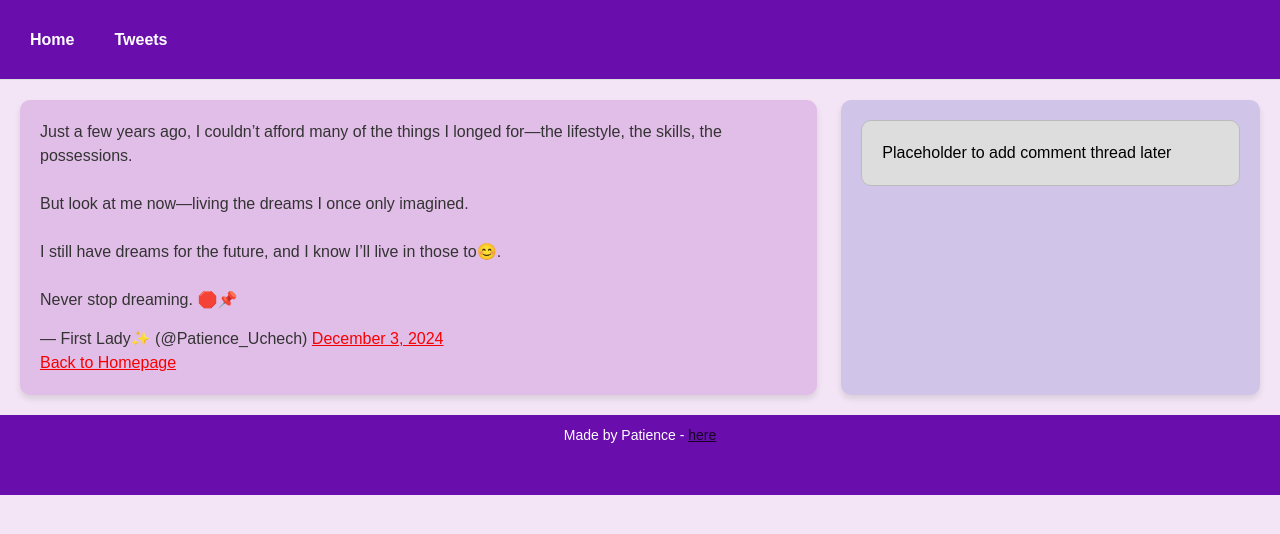
Repository: Patience225/My_First_Portfolio
Page: html_basic/tweets.html
These files come from the project's save history. The page is drawn as it stood at one moment and after the next save; the edit follows.
The browser window is 1280 px wide. The pictures show the whole page.

Above is the page before, as saved 2024-12-22 06:24:13.

### html_basic/tweets.html
<!DOCTYPE html>
<html lang="en">
<head>
  <meta charset="UTF-8">
  <meta name="viewport" content="width=device-width, initial-scale=1.0">
  <title>My Tweets</title>
  <link href="../css_basic/base.css" rel="stylesheet">
  <link href="../css_basic/styles.css" rel="stylesheet">
</head>
<body class="tweets-page">
  <header>
    <ul>
      <li><a href="index.html">Home</a></li>
      <li><a href="tweets.html">Tweets</a></li>
    </ul>
  </header>
  <main>
    <article>
      <blockquote class="twitter-tweet">
        <p lang="en" dir="ltr">
          Just a few years ago, I couldn’t afford many of the things I longed for—the lifestyle, the skills, the possessions.<br><br>
          But look at me now—living the dreams I once only imagined.<br><br>
          I still have dreams for the future, and I know I’ll live in those to😊.<br><br>
          Never stop dreaming. 🛑📌
        </p>
        &mdash; First Lady✨ (@Patience_Uchech)
        <a href="https://twitter.com/Patience_Uchech/status/1863800680617541974?ref_src=twsrc%5Etfw">December 3, 2024</a>
      </blockquote>
      <script async src="https://platform.twitter.com/widgets.js" charset="utf-8"></script>
      <a href="index.html">Back to Homepage</a>
    </article>
    <aside>
      <p>Placeholder to add comment thread later</p>
    </aside>
  </main>
  <footer>
    <p>Made by Patience - <a href="https://github.com/Patience225" target="_blank">here</a></p>
  </footer>
</body>
</html>

### css_basic/base.css
/* CSS reset rules */

html, body {
  height: 100%;
  min-height: 100%;
  margin: 0;
  padding: 0;
  border: 0;
  font-size: 100%;
  font-style: inherit;
  vertical-align: baseline;
}

html, body, div, span, applet, object, iframe,
h1, h2, h3, h4, h5, h6, p, blockquote, pre,
a, abbr, acronym, address, big, cite, code,
del, dfn, img, ins, kbd, q, s, samp,
small, strike, sub, sup, tt, var,
b, u, i, center,
dl, dt, dd,
fieldset, form, label, legend,
table, caption, tbody, tfoot, thead, tr, th, td,
article, aside, canvas, details, embed,
figure, figcaption, footer, header, hgroup,
menu, nav, output, ruby, section, summary,
time, mark, audio, video {
  margin: 0;
  padding: 0;
  border: 0;
  font-size: 100%;
  font-style: inherit;
  vertical-align: baseline;
}

/* HTML5 display-role reset for older browsers */
article, aside, details, figcaption, figure,
footer, header, hgroup, menu, nav, section {
  display: block;
}

body {
  line-height: 1;
  font-family: 'Josefin Sans', serif;
  color: rgba(0, 0, 0, 0.8);
}

blockquote, q {
  quotes: none;
}
blockquote:before, blockquote:after,
q:before, q:after {
  content: '';
  content: none;
}

table {
  border-collapse: collapse;
  border-spacing: 0;
}

/* Fonts and colors */
h1, h2, h3, h4, h5, h6, header {
  font-family: 'Yeseva One', sans-serif;
}

aside {
  background: #FAFAFA;
  padding: 50px 15px;
}

aside p {
  border: 1px solid #bbb;
  background: #ddd;
  color: black;
  border-radius: 10px;
  padding: 20px 20px;
}

footer a {
  color: rgba(0, 0, 0, 0.8);
}

a {
  color: #F80002;
}

/* Positioning and margins */
@media (min-width: 1100px) {
  body {
    width: 1100px;
    margin: 0 auto;
  }
}

article {
  padding: 50px 15px;
}

article > *:first-child {
  margin-top: 0;
}

header .right {
  float: right;
  margin: 0 10px 15px;
}

/* Merged header block */
header {
  padding: 20px 0;
  height: 80px;
  border-bottom: 1px solid rgb(221,221,221);
  transition: border-bottom-color 1s ease;
}

header ul {
  list-style: none;
  margin: 0;
  padding: 0;
}

header li {
  display: inline;
  vertical-align: middle;
}

header li:first-child {
  margin: 0;
}

header li a {
  margin: 0 10px;
}

header li.logo {
  font-size: 36px;
}

header a {
  color: rgba(0, 0, 0, 0.8);
  text-decoration: none;
}

/* Footer */
footer {
  padding: 5px 15px;
  height: 80px;
}

/* Text styles and margins */

p {
  margin-bottom: 15px;
}

h1 {
  font-size: 36px;
  margin: 40px 0 20px;
}

h2 {
  font-size: 32px;
  margin: 30px 0 15px;
}

h3 {
  font-size: 28px;
  margin: 25px 0 10px;
}

h4 {
  font-size: 20px;
  font-weight: bold;
  margin: 20px 0 10px;
}

h5 {
  font-size: 18px;
  font-weight: bold;
  margin: 15px 0 10px;
}

h6 {
  font-weight: bold;
  margin: 5px 0;
}

@media (max-width: 800px) {
  body.works_on_smartphone {
    display: block;
  }

  body.works_on_smartphone main {
    display: block;
  }

  header .right {
    float: none;
  }
}

### css_basic/styles.css
/* Reset */
* {
  margin: 0;
  padding: 0;
  box-sizing: border-box;
}

/* General Styles */
body {
  font-family: Arial, sans-serif;
  margin: 0;
  padding: 0;
  width: 100%;
  background-color: #f3e5f5; /* Light purple background */
  color: #333; /* Dark text for readability */
  line-height: 1.5;
}

/* Header Styles */
header {
  display: flex;
  justify-content: space-between;
  align-items: center;
  background-color: #6a0dad; /* Dark purple */
  padding: 15px 20px;
  color: white;
}

header ul {
  list-style: none;
  display: flex;
  align-items: center;
  gap: 20px; /* Space between nav links */
}

header ul li a {
  color: white;
  text-decoration: none;
  font-weight: bold;
}

header ul li a:hover {
  text-decoration: underline;
}

/* Footer Styles */
footer {
  text-align: center;
  background-color: #6a0dad; /* Dark purple */
  color: white;
  padding: 10px;
  font-size: 14px;
}

/* Main Layout */
main {
  display: flex;
  flex-direction: row;
  gap: 1.5rem;
  padding: 20px;
  margin: 0 auto;
}

/* Article and Aside Styling */
article, aside {
  background-color: #e1bee7; /* Light purple shade */
  padding: 20px;
  border-radius: 10px;
  box-shadow: 0 4px 6px rgba(0, 0, 0, 0.1);
}

article {
  flex: 2;
  overflow-y: auto;
}

aside {
  flex: 1;
  background-color: #d1c4e9; /* Slightly different purple shade */
  overflow-y: auto;
}

aside h3 {
  margin-top: 0;
}

/* Navigation Styling */
nav ul {
  display: flex;
  justify-content: center;
  list-style: none;
  background-color: #8b47cc; /* Medium purple */
  padding: 10px;
}

nav ul li a {
  color: white;
  text-decoration: none;
  font-weight: bold;
}

nav ul li a:hover {
  text-decoration: underline;
}

/* Responsive Design */
@media (max-width: 768px) {
  main {
    flex-direction: column;
  }

  header {
    flex-direction: column;
    align-items: flex-start;
    gap: 10px;
  }
}

After the next save:
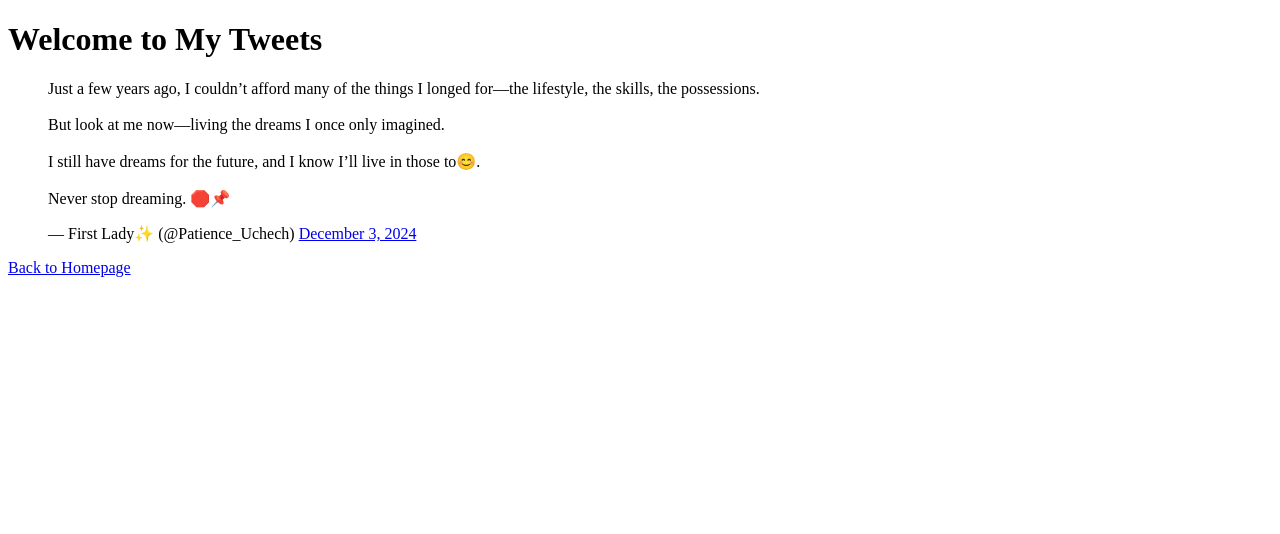
Saved 15 min 10 s later.
--- a/html_basic/tweets.html
+++ b/html_basic/tweets.html
@@ -1,40 +1,27 @@
 <!DOCTYPE html>
 <html lang="en">
 <head>
-  <meta charset="UTF-8">
-  <meta name="viewport" content="width=device-width, initial-scale=1.0">
-  <title>My Tweets</title>
-  <link href="../css_basic/base.css" rel="stylesheet">
-  <link href="../css_basic/styles.css" rel="stylesheet">
+    <meta charset="UTF-8">
+    <meta name="viewport" content="width=device-width, initial-scale=1.0">
+    <title>My Tweets</title>
 </head>
-<body class="tweets-page">
-  <header>
-    <ul>
-      <li><a href="index.html">Home</a></li>
-      <li><a href="tweets.html">Tweets</a></li>
-    </ul>
-  </header>
-  <main>
-    <article>
-      <blockquote class="twitter-tweet">
+<body>
+    <h1>Welcome to My Tweets</h1>
+
+    <!-- Embedded Tweet -->
+    <blockquote class="twitter-tweet">
         <p lang="en" dir="ltr">
-          Just a few years ago, I couldn’t afford many of the things I longed for—the lifestyle, the skills, the possessions.<br><br>
-          But look at me now—living the dreams I once only imagined.<br><br>
-          I still have dreams for the future, and I know I’ll live in those to😊.<br><br>
-          Never stop dreaming. 🛑📌
+            Just a few years ago, I couldn’t afford many of the things I longed for—the lifestyle, the skills, the possessions.<br><br>
+            But look at me now—living the dreams I once only imagined.<br><br>
+            I still have dreams for the future, and I know I’ll live in those to😊.<br><br>
+            Never stop dreaming. 🛑📌
         </p>
         &mdash; First Lady✨ (@Patience_Uchech)
         <a href="https://twitter.com/Patience_Uchech/status/1863800680617541974?ref_src=twsrc%5Etfw">December 3, 2024</a>
-      </blockquote>
-      <script async src="https://platform.twitter.com/widgets.js" charset="utf-8"></script>
-      <a href="index.html">Back to Homepage</a>
-    </article>
-    <aside>
-      <p>Placeholder to add comment thread later</p>
-    </aside>
-  </main>
-  <footer>
-    <p>Made by Patience - <a href="https://github.com/Patience225" target="_blank">here</a></p>
-  </footer>
+    </blockquote>
+    <script async src="https://platform.twitter.com/widgets.js" charset="utf-8"></script>
+
+    <!-- Link back to Index -->
+    <a href="index.html">Back to Homepage</a>
 </body>
 </html>
